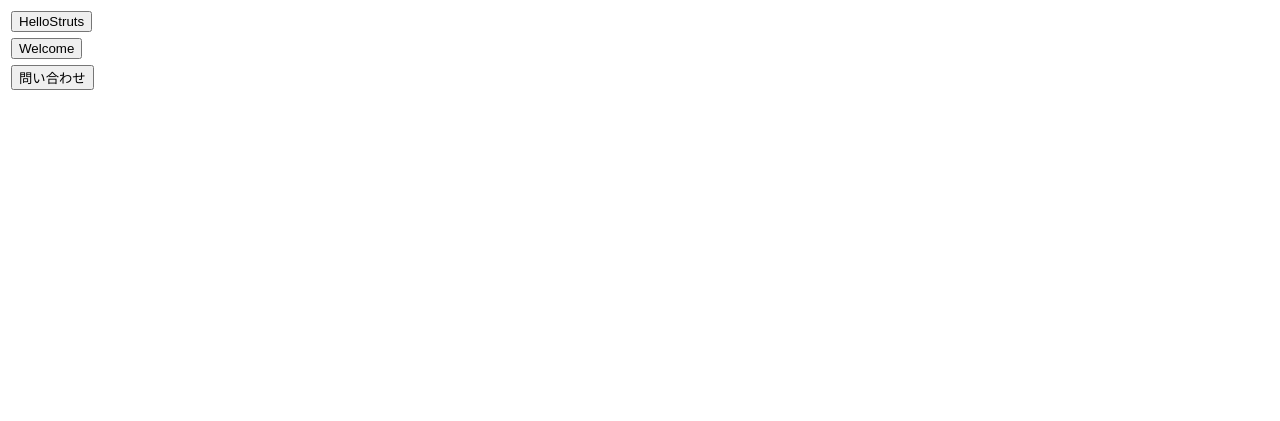
Repository: xiezom/test
Page: http://localhost/webproj5/
An editor plug-in stored every save of this project. The page is shown before and after the next save, followed by the edit.
The browser window is 1280 px wide. The pictures show the whole page.
The page is served by Tomcat 9. Other server files are loaded and not shown.

Above is the page before, as saved 2019-02-27 05:42:33.

### webproj5/WebContent/index.jsp
<%@ page language="java" contentType="text/html; charset=UTF-8"
    pageEncoding="UTF-8"%>
<%@ taglib prefix="s" uri="/struts-tags" %>
<!DOCTYPE html>
<html>
<head>
<meta charset="UTF-8">
<title>INDEX</title>
</head>
<body>

	<s:form action="HelloStrutsAction">
		<s:submit value="HelloStruts"/>
	</s:form>

	<s:form action="WelcomeAction">
		<s:submit value="Welcome"/>
	</s:form>

	<s:form action="InquiryAction">
		<s:submit value="問い合わせ"/>
	</s:form>

</body>
</html>

After the next save:
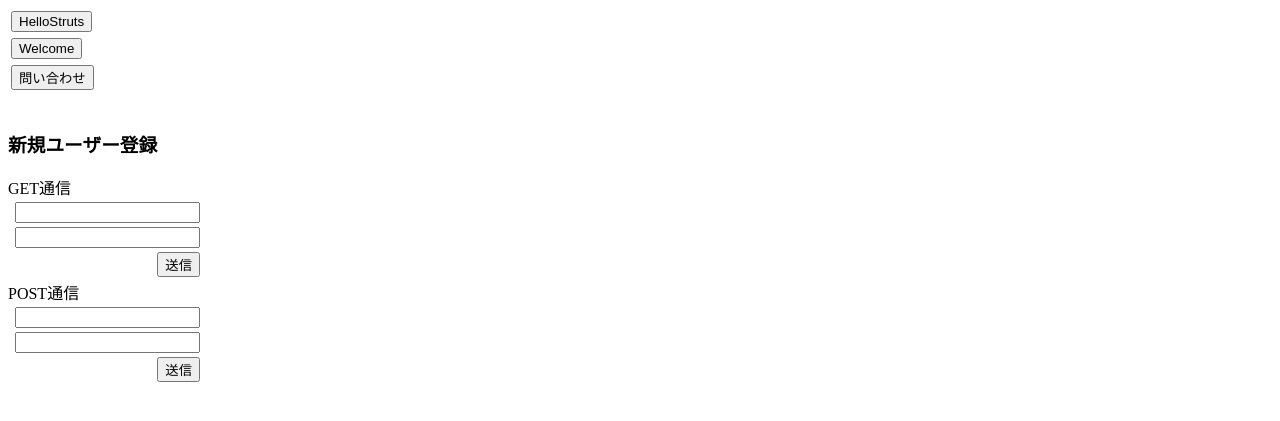
Saved 102 s later.
--- a/webproj5/WebContent/index.jsp
+++ b/webproj5/WebContent/index.jsp
@@ -21,5 +21,24 @@
 		<s:submit value="問い合わせ"/>
 	</s:form>
 
+	<br>
+
+	<h3>新規ユーザー登録</h3>
+
+	GET通信
+	<s:form method="get" action="TestAction">
+	<s:textfield name="username"/>
+	<s:password name="password"/>
+	<s:submit value="送信"/>
+	</s:form>
+
+	POST通信
+	<s:form method="post" action="TestAction">
+	<s:textfield name="username"/>
+	<s:password name="password"/>
+	<s:submit value="送信"/>
+	</s:form>
+
+
 </body>
 </html>
